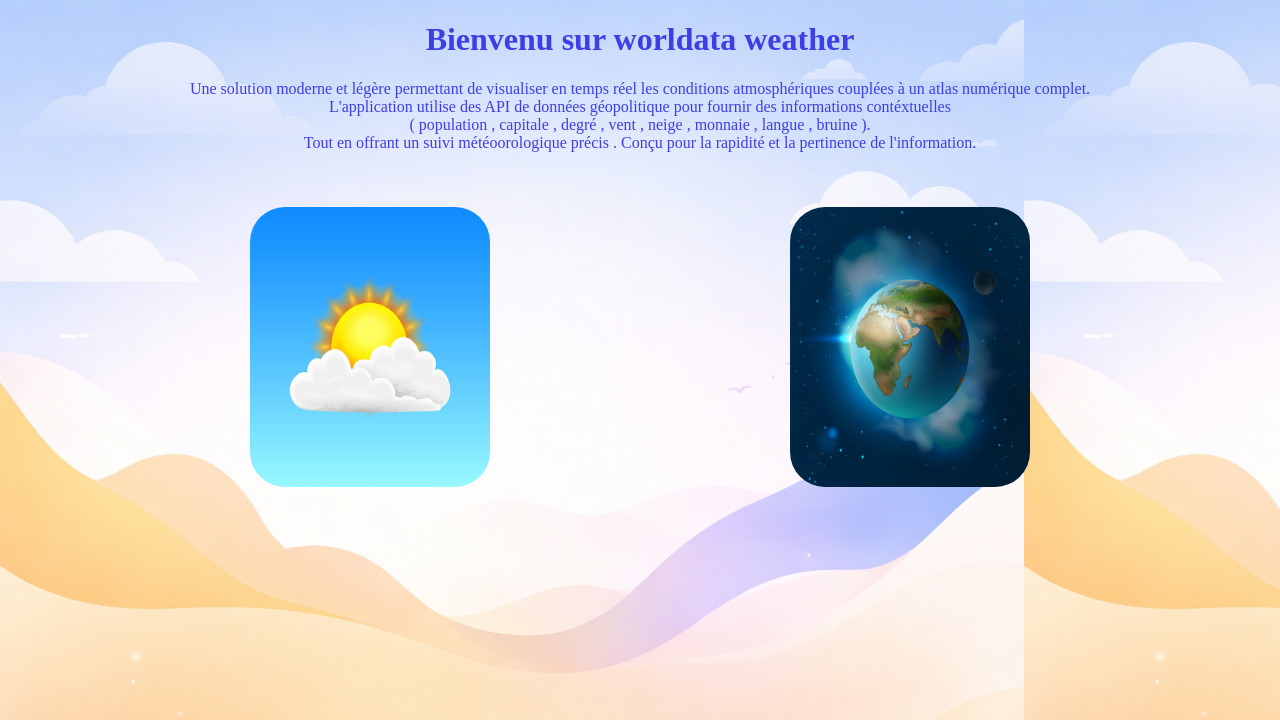
Repository: assanendao171/meteo
Page: index.html
These files come from the project's save history. The page is drawn as it stood at one moment and after a run of saves; the edit follows.
The browser window is 1280 px wide. The pictures show the whole page.

Above is the page before, as saved 2026-03-18 17:01:37.

After the next 4 saves:
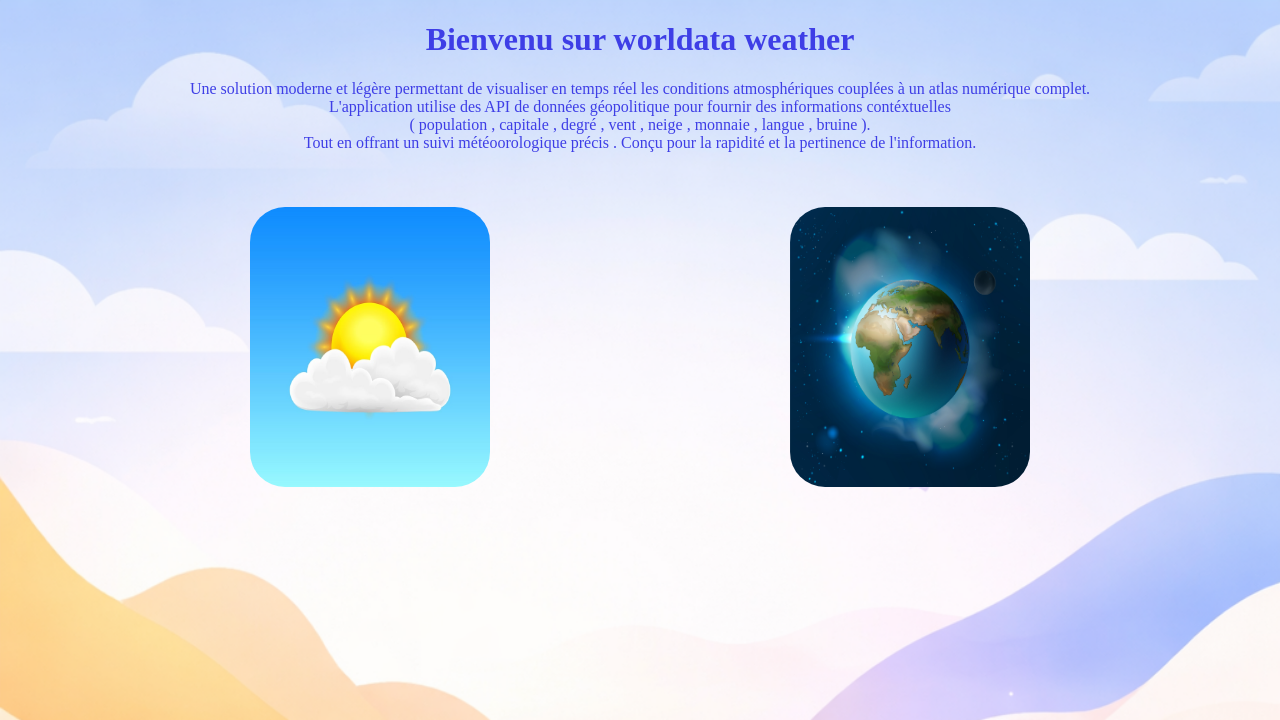
The 4 saves are shown as one change because they came seconds apart.
The last was saved 13 s later.
--- a/style.css
+++ b/style.css
@@ -1,5 +1,7 @@
 body{
     background-image: url("fondacceuil.png");
+    background-size: cover;
+    bac
 }
 img{
     width: 240px;
